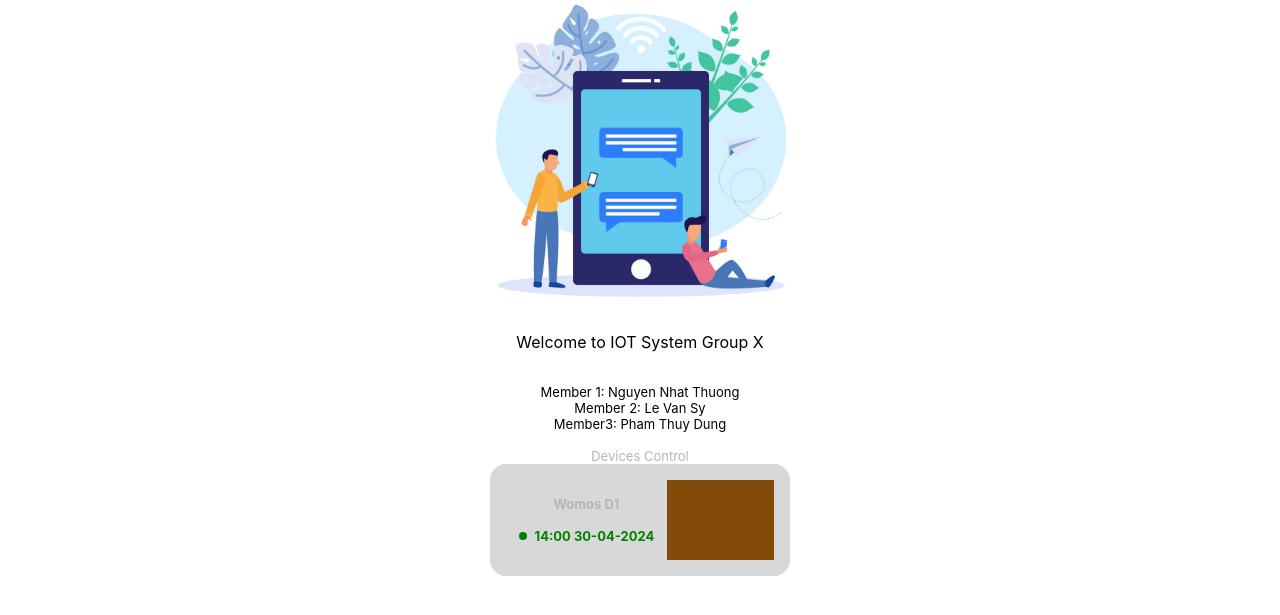
Repository: ngnhthuong/IOT_LAB
Page: /
These files come from the project's save history. The page is drawn as it stood at one moment and after the next save; the edit follows.
The browser window is 1280 px wide. The pictures show the whole page.
The project was rebuilt for these pictures with package versions that can differ from the ones it lists, and the page was loaded fresh each time.

Above is the page before, as saved 2024-04-23 15:04:36.

After the next save:
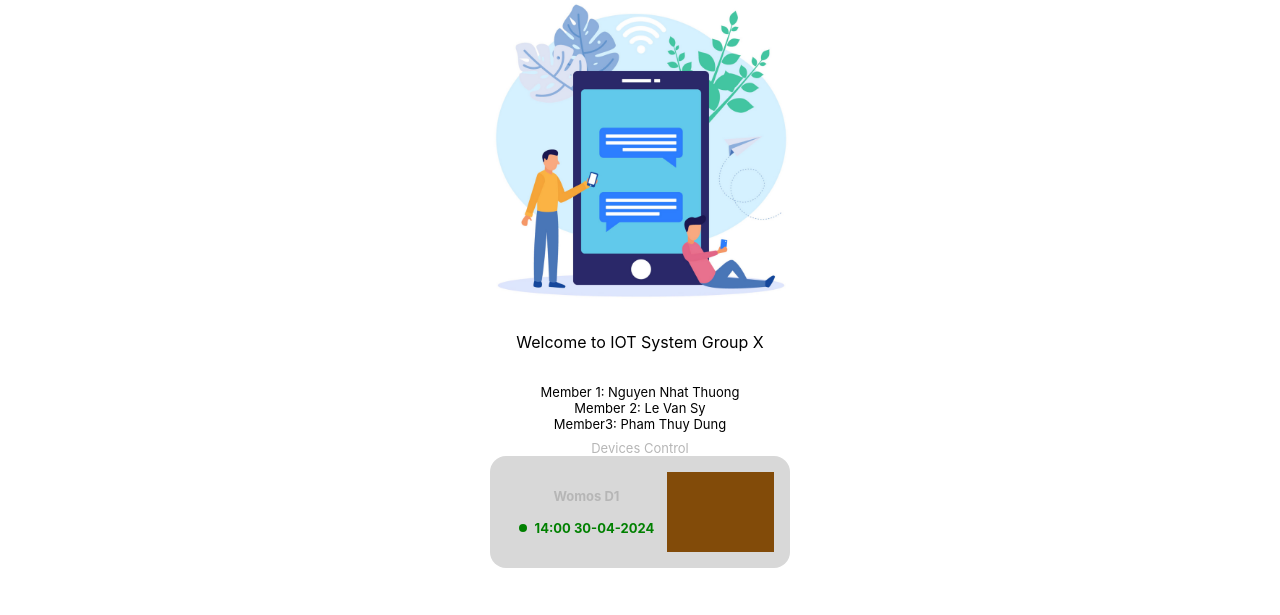
Saved 17 s later.
--- a/src/App.css
+++ b/src/App.css
@@ -25,7 +25,7 @@
   /* width: 250px; */
   font-size: 13px;
   align-items: center;
-  padding-bottom: 1rem;
+  padding-bottom: 0.5rem;
 }
 
 .member{
